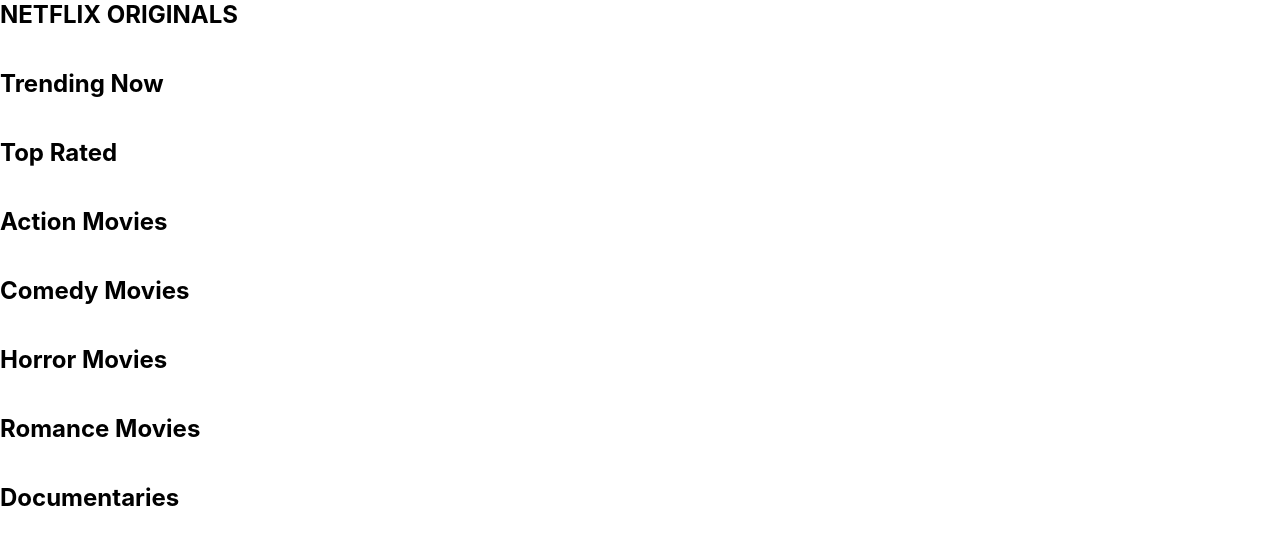
Repository: Aabhash45/Netflix-Clone
Page: /
The author's editor kept a copy of each file at every save. The page is drawn from the files as they stood at one save, then again after the next save.
The browser window is 1280 px wide. The pictures show the whole page.
The page's requests for data from a server got no answer. The project was rebuilt for these pictures with package versions that can differ from the ones it lists, and the page was loaded fresh each time. No one was signed in, and anything a server would have sent is missing.

Above is the page before, as saved 2021-03-31 22:17:19.

### src/App.js
import React from 'react'
import './App.css';
import Row from './Row'
import requests from './request'

function App() {
  return (
    <div className="App">
      <Row title="NETFLIX ORIGINALS" isLargeRow fetchUrl={requests.fetchNetflixOriginals}/>
      <Row title="Trending Now" fetchUrl={requests.fetchTrending}/>
      <Row title="Top Rated" fetchUrl={requests.fetchTopRated}/>
      <Row title="Action Movies" fetchUrl={requests.fetchActionMovies}/>
      <Row title="Comedy Movies" fetchUrl={requests.fetchComedyMovies}/>
      <Row title="Horror Movies" fetchUrl={requests.fetchHorrorMovies}/>
      <Row title="Romance Movies" fetchUrl={requests.fetchRomanceMovies}/>
      <Row title="Documentaries" fetchUrl={requests.fetchDocumentaries}/>
    </div>
  );
}

export default App;

### src/Row.js
import React,{useState,useEffect} from 'react'
import axios from './axios'
import './Row.css'


const base_url= "https://image.tmdb.org/t/p/original/"

function Row({title,fetchUrl,isLargeRow}) {
  const [movies,setMovies]=useState([])

  useEffect(()=>{
    async function fetchData(){
      const request=await axios.get(fetchUrl)
      setMovies(request.data.results)
      return request
    }
    fetchData()
  },[fetchUrl])

  console.log(movies)

  return (
    <div className="row">
      <h2>{title}</h2>

      <div className={`row__posters`}>
        {
          movies.map((movie)=>{
            return <img key={movie.id} className={`row__poster ${isLargeRow && "row__posterLarge"}` } src={`${base_url}${isLargeRow? movie.poster_path:movie.backdrop_path}`} alt={movie.name}/>
          })
        }
      </div>
    </div>
  )
}

export default Row

### src/request.js
const API_KEY='acab5dcac07c1998ea85f1f43276f527'

const requests={
  fetchTrending:`/trending/all/week?api_key=${API_KEY}&language=en-US`,
  fetchNetflixOriginals:`/discover/tv?api_key=${API_KEY}&with_networks=213`,
  fetchTopRated:`/movie/top_rated?api_key=${API_KEY}&language=en-US`,
  fetchActionMovies:`/discover/movie?api_key=${API_KEY}&with_genres=28`,
  fetchComedyMovies:`/discover/movie?api_key=${API_KEY}&with_genres=35`,
  fetchHorrorMovies:`/discover/movie?api_key=${API_KEY}&with_genres=27`,
  fetchRomanceMovies:`/discover/movie?api_key=${API_KEY}&with_genres=10749`,
  fetchDocumentaries:`/discover/movie?api_key=${API_KEY}&with_genres=99`,
}

export default requests

### src/axios.js
import axios from 'axios'

const instance=axios.create({
  baseURL:'https://api.themoviedb.org/3'
})

export default instance

### src/Row.css
.row__posters{
  display: flex;
  overflow-y: hidden;
  overflow-x: scroll;
  padding: 20px;
}

.row__posters::-webkit-scrollbar{
  display: none;
}

.row__poster{
  object-fit: contain;
  width: 100%;
  max-height: 100px;
  margin-right: 10px;
  transition: transform 450ms;
}

.row__poster:hover{
  transform: scale(1.08);
  opacity: 1;
}

.row__posterLarge{
  max-height:250px ;
}

.row__posterLarge:hover{
  transform: scale(1.09);

}

Loaded but not shown: public/index.html (common file); src/index.js (common file); src/index.css (common file); src/App.css (common file)

After the next save:
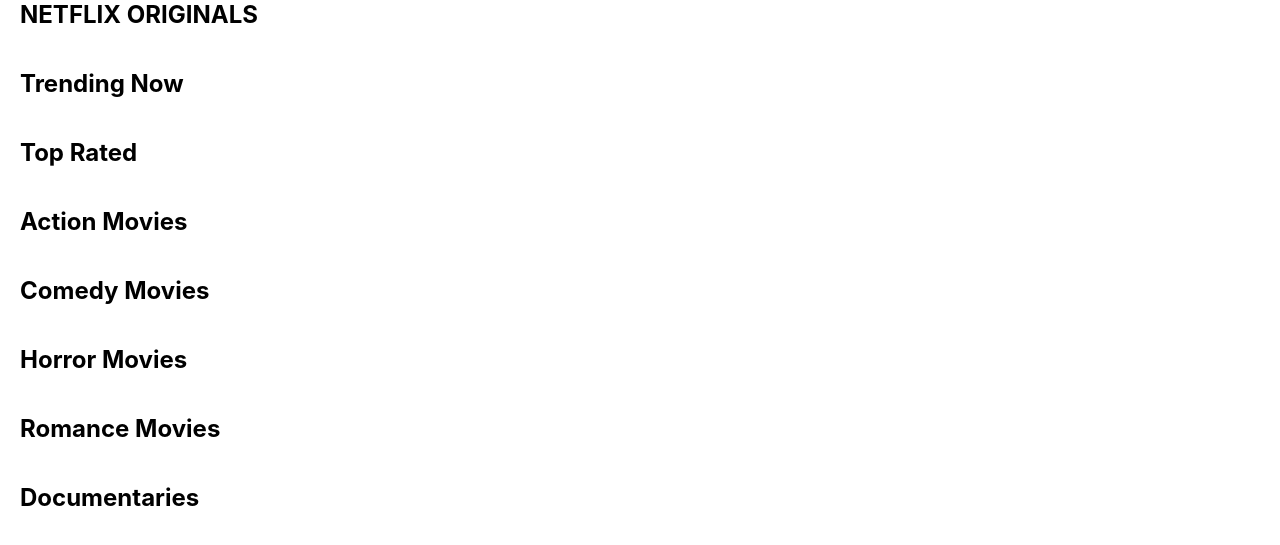
Saved 6 min 39 s later.
--- a/src/Row.css
+++ b/src/Row.css
@@ -1,3 +1,7 @@
+.row{
+  margin-left: 20px;
+}
+
 .row__posters{
   display: flex;
   overflow-y: hidden;
